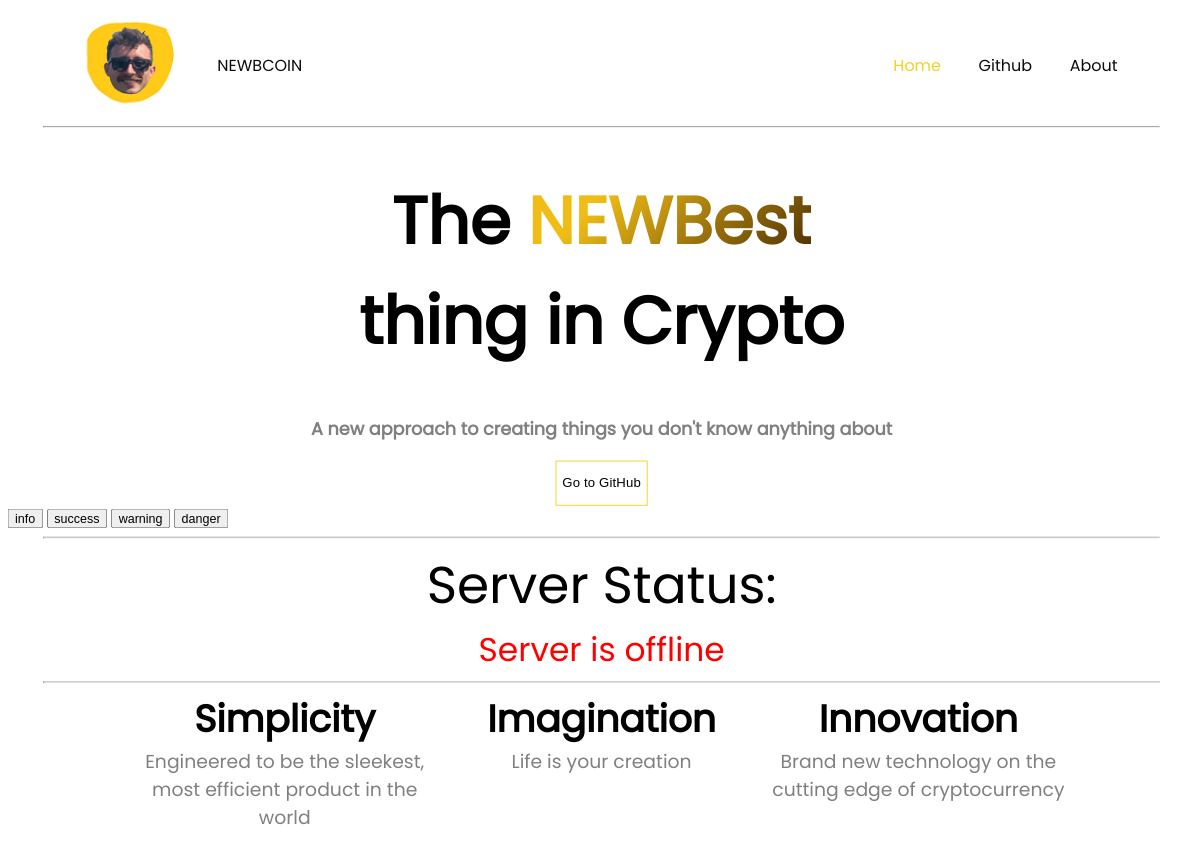
Repository: heartcut/NEWBCOINsite
Page: index.html
The author's editor kept a copy of each file at every save. The page is drawn from the files as they stood at one save, then again after the next save.
The browser window is 1280 px wide. The pictures show the whole page, at 94% of full size.
The page's requests for data from a server got no answer.

Above is the page before, as saved 2022-02-09 03:18:35.

### index.html
<!doctype html>

<html lang="en">

<head>
    <meta charset="utf-8">
    <meta name="viewport" content="width=device-width, initial-scale=1">

    <title>NEWBCOIN</title>
    <meta name="description" content="A simple HTML5 Template for new projects.">
    <meta name="author" content="SitePoint">

    <meta property="og:title" content="NEWBCOIN">
    <meta property="og:type" content="website">
    <meta property="og:url" content="https://www.sitepoint.com/a-basic-html5-template/">
    <meta property="og:description" content="A simple HTML5 Template for new projects.">
    <meta property="og:image" content="image.png">

    <link rel="icon" type="image/png" href="favicon-32x32.png">

    <link rel="stylesheet" href="styles.css">

    <link rel="preconnect" href="https://fonts.googleapis.com">
    <link rel="preconnect" href="https://fonts.gstatic.com" crossorigin>
    <link href="https://fonts.googleapis.com/css2?family=Abril+Fatface&family=Poppins:wght@100;400&display=swap"
        rel="stylesheet">
</head>

<body style="font-family:'Poppins', sans-serif;">
    <div class="topnav">
        <img src="newbcoinlogo.png" id="navbarleft" style="vertical-align:middle;" alt="logo" />

        <a href="#news" id="navbarleft">
            NEWBCOIN
        </a>


        <a href="#contact">About</a>
        <a href="#about">Github</a>
        <a class="active" href="#home">Home</a>
    </div>
    <hr style="margin-left: 3%;margin-right: 3%;color:rgb(168, 168, 163)">


    <h1 style="text-align: center;font-size: 70px;">
        The
        <span
            style="background: -webkit-linear-gradient(315deg,#f0bd16 25%,#462801);background-clip: text;-webkit-background-clip: text;-webkit-text-fill-color: transparent;">
            NEWBest</span>
        <div>thing in Crypto</div>

    </h1>
    <h3 style="text-align: center;color: grey;">A new approach to creating things you don't know anything about</h3>

    <button class="github-button" style="margin:0 auto;display:block;">Go to GitHub</button>

    <div>
        <button class="btn info"><i class="fas fa-exclamation-circle"></i><span>info</span></button>
        <button class="btn success"><i class="fas fa-check-circle"></i><span>success</span></button>
        <button class="btn warning"><i class="fas fa-exclamation-triangle"></i><span>warning</span></button>
        <button class="btn danger"><i class="fas fa-times-circle"></i><span>danger</span></button>
    </div>

    <hr style="margin-left: 3%;margin-right: 3%;color:rgb(168, 168, 163)">


    <div style="text-align: center;font-size: 55px;">Server Status:</div>
    <div style="text-align: center;font-size: 35px;" class="statusofserver">Checking Server Status...</div>

    <hr style="margin-left: 3%;margin-right: 3%;color:rgb(168, 168, 163)">

    <div class="featuresrow" style="text-align: center;margin-left: 10%;margin-right: 10%;padding-bottom: 30px;">
        <div class="featurescolumn">
            <div style="font-size: 40px;font-weight: bold;">Simplicity</div>
            <div style="font-size: 20px;color: grey;">
                Engineered to be the sleekest, most efficient product in the world
            </div>
        </div>
        <div class="featurescolumn">
            <div style="font-size: 40px;font-weight: bold;">Imagination</div>
            <div style="font-size: 20px;color: grey;">
                Life is your creation
            </div>
        </div>
        <div class="featurescolumn">
            <div style="font-size: 40px;font-weight: bold;">Innovation</div>
            <div style="font-size: 20px;color: grey;">
                Brand new technology on the cutting edge of cryptocurrency
            </div>
        </div>

    </div>

    <script src="scripts.js"></script>
</body>

</html>

### styles.css
/* Add a black background color to the top navigation */
.topnav {
  overflow: hidden;
  padding-left: 5%;
  padding-right: 5%;
}

  /* Style the links inside the navigation bar */
.topnav a,img {
  float: right;
  color: #0e0d0d;
  padding: 15px 20px;
  text-decoration: none;
  text-align: center;
  font-size: 17px;

}
.topnav a {
  margin-top: 34px;

}
  /* Change the color of links on hover */
.topnav a:hover {
  color: rgb(240, 210, 40);
}
#navbarleft{
  float: left;
}
  /* Add a color to the active/current link */
.topnav a.active {
  color: rgb(240, 210, 40);
}

.featurescolumn {
  float: left;
  width: 33.33%;
}

  /* Clear floats after the columns */
.featuresrow:after {
  content: "";
  display: table;
  clear: both;
}
.github-button {
  display: inline-block;
  outline: none;
  cursor: pointer;
  border: 1px solid rgb(240, 210, 40);
  text-align: center;
  vertical-align: top;
  background-color: #00000000;
  font-size: 14px;
  letter-spacing: 0.16px;
  min-height: 48px;
  line-height: 1.29;
  color: #000000;
  font-weight: 400;
  transition: background 70ms cubic-bezier(0,0,.38,.9),box-shadow 70ms cubic-bezier(0,0,.38,.9),border-color 70ms cubic-bezier(0,0,.38,.9),outline 70ms cubic-bezier(0,0,.38,.9);

}
.github-button:hover {
  background-color: rgb(240, 210, 40);
  color: rgb(0, 0, 0);
}

### scripts.js

window.onload = function () {
    //collection[0].innerHTML = "Server is online";
    getstatus();

};

async function getstatus() {
    try {
        var uri = 'http://google.com'
        //var uri = 'http://127.0.0.1:5000/api/statuscheck/'
        var xhr = new XMLHttpRequest();
        xhr.open("GET", uri, false);
        xhr.send(null);
        const collection = document.getElementsByClassName("statusofserver");
        collection[0].innerHTML = "Server is online";
        collection[0].style.color = "green";
    }
    catch (err) {
        //is offline

        const collection = document.getElementsByClassName("statusofserver");
        collection[0].innerHTML = "Server is offline";
        collection[0].style.color = "red";
    }

    // if (xhr.status == 200) {
    //     //is online
    //     const collection = document.getElementsByClassName("statusofserver");

    //     collection[0].innerHTML = "Server is online";
    //     collection[0].style.color = "green";
    // }
    // else {
    //     //is offline
    //     const collection = document.getElementsByClassName("statusofserver");

    //     collection[0].innerHTML = "Server is offline";
    //     collection[0].style.color = "red";
    // }

}

After the next save:
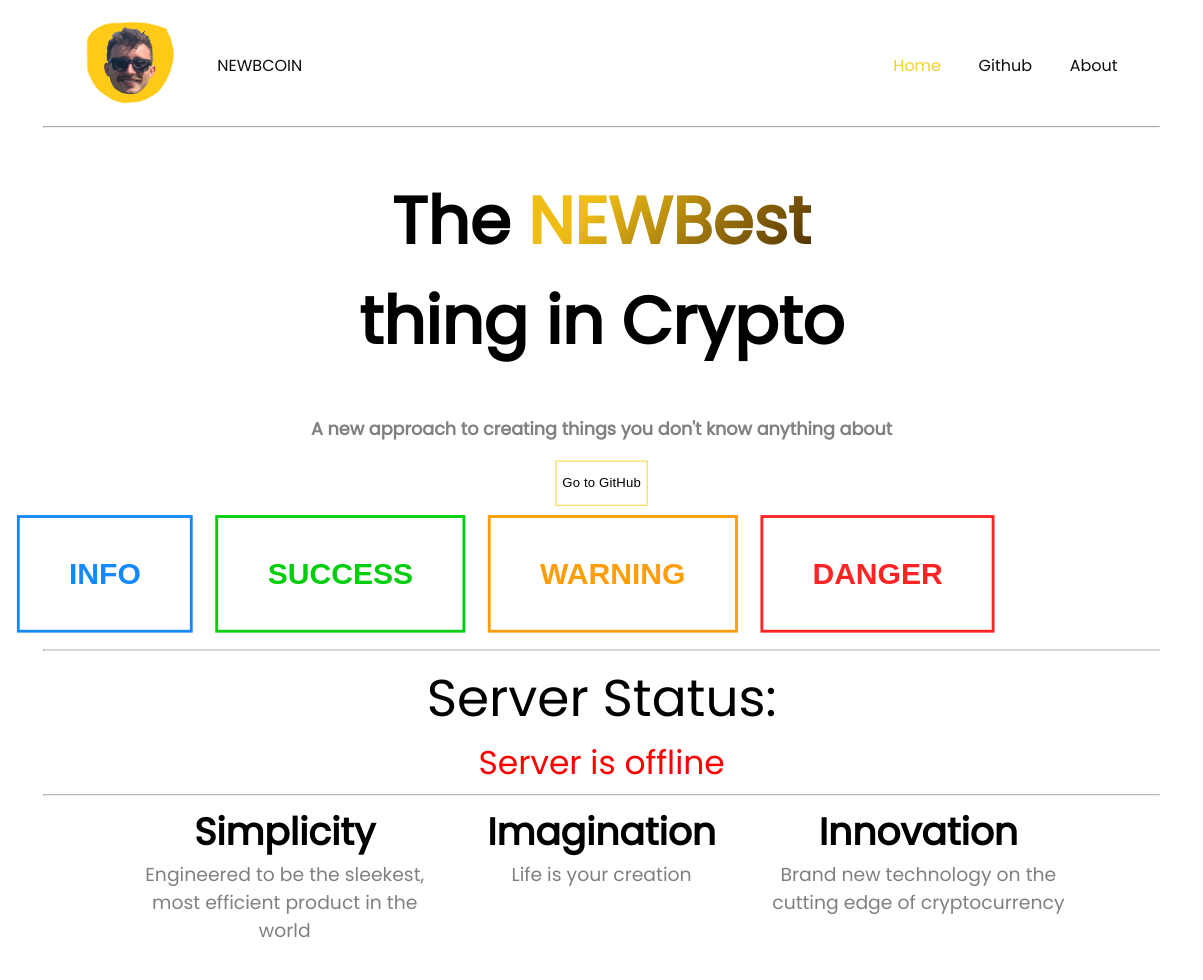
Saved 20 s later.
--- a/styles.css
+++ b/styles.css
@@ -63,3 +63,76 @@
   background-color: rgb(240, 210, 40);
   color: rgb(0, 0, 0);
 }
+
+.btn {
+  font-weight: bold;
+  font-size: 2rem;
+  background-color: transparent;
+  border: solid 3px;
+  padding: 30px;
+  margin: 10px 10px;
+  display: inline-flex;
+  overflow: hidden;
+  cursor: pointer;
+  transition: all 300ms ease-in-out;
+}
+.btn i, .btn span {
+  width: 100%;
+  display: block;
+  padding: 0.7rem;
+  margin: 0;
+  box-sizing: border-box;
+  flex-shrink: 0;
+  text-transform: uppercase;
+}
+.btn i {
+  margin-left: -100%;
+  transition: margin-left 300ms ease-in-out;
+}
+.btn:hover i {
+  margin-left: 0;
+}
+.btn.info {
+  color: #1489ff;
+  border-color: #1489ff;
+}
+.btn.info:hover {
+  color: #ffffff;
+  background-color: #1489ff;
+}
+.btn.info:focus {
+  box-shadow: 0 0 0 0.3rem rgba(20, 137, 255, 0.7);
+}
+.btn.success {
+  color: #00ce0d;
+  border-color: #00ce0d;
+}
+.btn.success:hover {
+  color: #ffffff;
+  background-color: #00ce0d;
+}
+.btn.success:focus {
+  box-shadow: 0 0 0 0.3rem rgba(0, 206, 13, 0.7);
+}
+.btn.warning {
+  color:  #fd9d08;
+  border-color:  #fd9d08;
+}
+.btn.warning:hover {
+  color: #ffffff;
+  background-color:#fd9d08;
+}
+.btn.warning:focus {
+  box-shadow: 0 0 0 0.3rem rgba(241, 218, 25, 0.7);
+}
+.btn.danger {
+  color: #ff2323;
+  border-color: #ff2323;
+}
+.btn.danger:hover {
+  color: #ffffff;
+  background-color: #ff2323;
+}
+.btn.danger:focus {
+  box-shadow: 0 0 0 0.3rem rgba(255, 35, 35, 0.7);
+}
